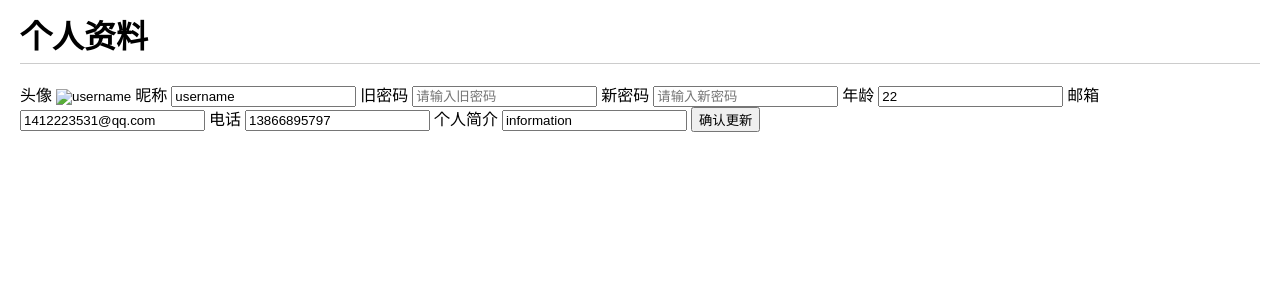
Repository: pine-chen/blog
Page: nodeJS-blog/html-test/information.html
An editor plug-in stored every save of this project. The page is shown before and after the next save, followed by the edit.
The browser window is 1280 px wide. The pictures show the whole page.

Above is the page before, as saved 2019-12-30 19:43:43.

### nodeJS-blog/html-test/information.html
<!DOCTYPE html>
<html>
<head>
    <meta charset="UTF-8">
    <meta name="viewport" content="width=device-width, initial-scale=1.0">
    <meta http-equiv="X-UA-Compatible" content="ie=edge">
    <title>个人资料</title>
    <style type="text/css">
        body {
            margin: 0 20px;
            line-height: 1;
        }
    </style>
</head>
<body>
    <h1 style="border-bottom: 1px solid #ccc; padding-bottom: 10px;">个人资料</h1>

    <div>
        <label>
            头像 <input type="image" id="textPhoto" value="username"/>
        </label>
        <label>
            昵称 <input type="text" id="textNickname" value="username"/>
        </label>
        <label>
            旧密码 <input type="password" id="textOldPassword" placeholder="请输入旧密码"/>
        </label>
        <label>
            新密码 <input type="password" id="textNewPassword" placeholder="请输入新密码"/>
        </label>
        <label>
            年龄 <input type="number" id="textAge" value="22" />
        </label>
        <label>
            邮箱 <input type="email" id="textEmail" value="1412223531@qq.com" />
        </label>
        <label>
            电话 <input type="tel" id="textTel" value="13866895797" />
        </label>
        <label>
            个人简介 <input type="text" id="textInformation" value="information"/>
        </label>
        <button id="btnUpdate">确认更新</button>
    </div>



    <script src="https://cdn.bootcss.com/jquery/3.3.1/jquery.js"></script>
    <script>
       //数取数据到value处
        // 发送 post 请求
        function post(url, data = {}) {
            return $.ajax({
                type: 'post',
                url,
                data: JSON.stringify(data),
                contentType: "application/json",
            })
        }

        $('#btnUpdate').click(() => {
            const nickname = $('#textNickname').val()
            const oldPassword = $('#textOldPassword').val()
            const newPassword = $('#textNewPassword').val()
            const age = $('#textAge').val()
            const email = $('#textEmail').val()
            const telephone = $('#textTel').val()
            const information = $('#textInformation').val()
            const url = '/api/user/info'
            const data = {
                nickname,
                oldPassword,
                newPassword,
                age,
                email,
                telephone,
                information
            }
            post(url, data).then(res => {
                if (res.errno === 1) {
                    //更新成功
                    location.href = './information.html'
                } else {
                    // 更新失败
                    alert(res.message)
                }
            })
        })
    </script>
</body>
</html>

After the next save:
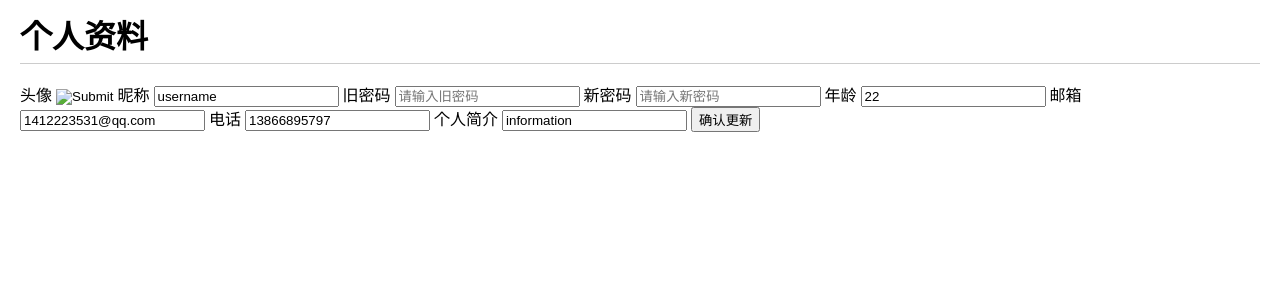
Saved 9 s later.
--- a/nodeJS-blog/html-test/information.html
+++ b/nodeJS-blog/html-test/information.html
@@ -17,7 +17,7 @@
 
     <div>
         <label>
-            头像 <input type="image" id="textPhoto" value="username"/>
+            头像 <input type="image" id="textPhoto" />
         </label>
         <label>
             昵称 <input type="text" id="textNickname" value="username"/>
